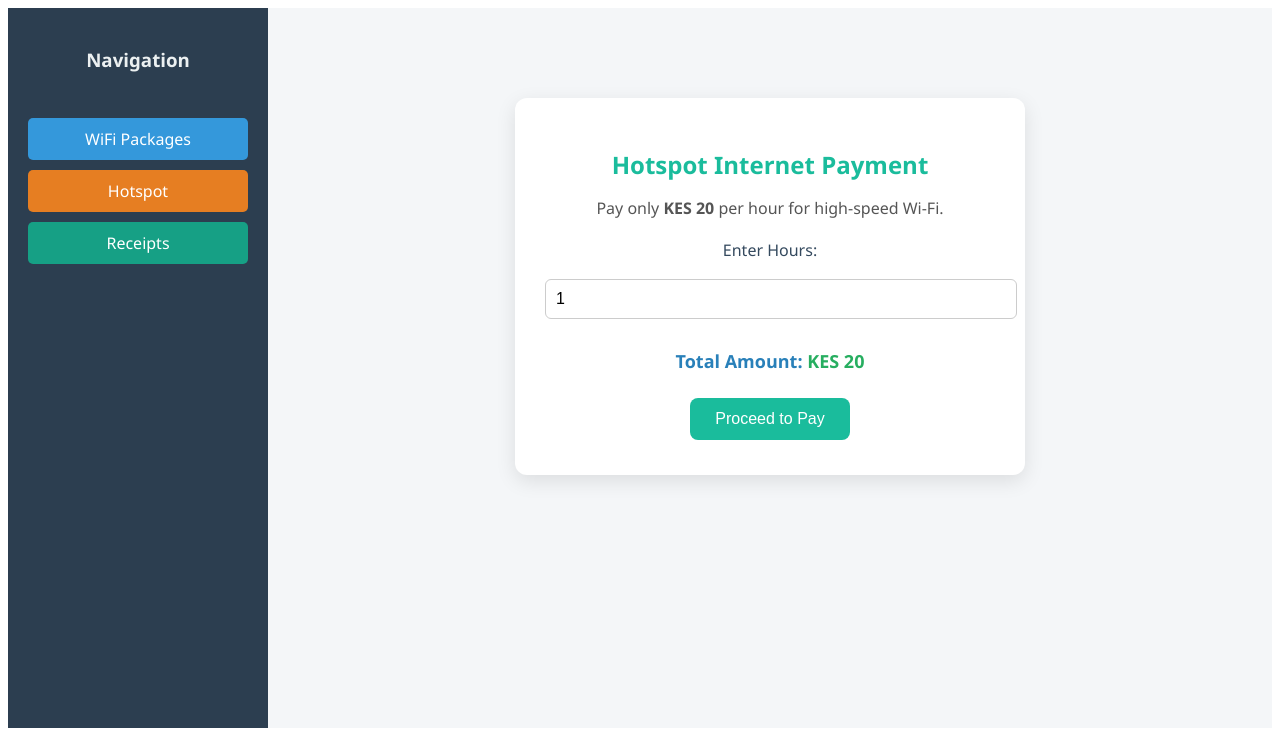
Repository: rachel648/system_Bill
Page: /hotspot (app in client/)
These files come from the project's save history. The page is drawn as it stood at one moment and after the next save; the edit follows.
The browser window is 1280 px wide. The pictures show the whole page.
The project was rebuilt for these pictures with package versions that can differ from the ones it lists, and the page was loaded fresh each time. Also part of the build but not shown: client/src/components/ServiceForm.js, client/src/Packages.js. Imported but missing from the stored project, and not drawn on this page: client/src/Receipts.

Above is the page before, as saved 2025-05-11 21:56:25.

### client/public/index.html
<!DOCTYPE html>
<html lang="en">
  <head>
    <meta charset="UTF-8" />
    <meta name="viewport" content="width=device-width, initial-scale=1.0"/>
    <title>Internet Billing System</title>
  </head>
  <body>
    <div id="root"></div>
    <!-- Add React scripts if not using Create React App -->
    <!-- <script src="https://unpkg.com/react@18/umd/react.development.js"></script>
    <script src="https://unpkg.com/react-dom@18/umd/react-dom.development.js"></script> -->
  </body>
</html>

### client/src/App.js
import React from 'react';
import { BrowserRouter as Router, Routes, Route, Link } from 'react-router-dom';
import ServiceForm from './components/ServiceForm';
import Packages from './Packages';
import Hotspot from './Hotspot';
import Receipts from './Receipts';
import './App.css';

const Navigation = () => (
  <div className="navigation">
    <h3>Navigation</h3>
    <ul>
      <li><Link to="/packages" className="link-wifi">WiFi Packages</Link></li>
      <li><Link to="/hotspot" className="link-hotspot">Hotspot</Link></li>
      <li><Link to="/receipts" className="link-receipts">Receipts</Link></li>
    </ul>
  </div>
);

const App = () => {
  return (
    <Router>
      <div>
        <Routes>
          <Route path="/" element={<ServiceForm />} />

          <Route
            path="/packages"
            element={
              <div className="app-container">
                <Navigation />
                <div className="main-content">
                  <Packages />
                </div>
              </div>
            }
          />

          <Route
            path="/hotspot"
            element={
              <div className="app-container">
                <Navigation />
                <div className="main-content">
                  <Hotspot />
                </div>
              </div>
            }
          />

          <Route
            path="/receipts"
            element={
              <div className="app-container">
                <Navigation />
                <div className="main-content">
                  <Receipts />
                </div>
              </div>
            }
          />
        </Routes>
      </div>
    </Router>
  );
};

export default App;

### client/src/Hotspot.js
import React, { useState } from 'react';
import './Hotspot.css';

const Hotspot = () => {
  const [hours, setHours] = useState(1);
  const [showModal, setShowModal] = useState(false);
  const ratePerHour = 20;
  const totalAmount = hours * ratePerHour;

  const handleInputChange = (e) => {
    const value = parseInt(e.target.value);
    if (!isNaN(value) && value >= 0) {
      setHours(value);
    } else {
      setHours(0);
    }
  };

  const handlePayClick = () => {
    if (hours > 0) {
      setShowModal(true);
    } else {
      alert("Please enter at least 1 hour.");
    }
  };

  const handleConfirmPayment = () => {
    setShowModal(false);
    alert(`Payment of KES ${totalAmount} for ${hours} hour(s) confirmed!`);
  };

  return (
    <div className="hotspot-container">
      <h2>Hotspot Internet Payment</h2>
      <p className="description">Pay only <strong>KES {ratePerHour}</strong> per hour for high-speed Wi-Fi.</p>

      <div className="input-group">
        <label htmlFor="hours">Enter Hours:</label>
        <input
          type="number"
          id="hours"
          value={hours}
          min="1"
          onChange={handleInputChange}
          placeholder="Number of hours"
        />
      </div>

      <div className="total-display">
        Total Amount: <span>KES {totalAmount}</span>
      </div>

      <button className="pay-btn" onClick={handlePayClick}>Proceed to Pay</button>

      {showModal && (
        <div className="modal">
          <div className="modal-content">
            <h3>Confirm Payment</h3>
            <p>You are about to pay <strong>KES {totalAmount}</strong> for <strong>{hours} hour(s)</strong> of hotspot access.</p>
            <button onClick={handleConfirmPayment}>Confirm</button>
            <button onClick={() => setShowModal(false)} style={{ backgroundColor: '#ccc', color: '#333' }}>Cancel</button>
          </div>
        </div>
      )}
    </div>
  );
};

export default Hotspot;

### client/src/App.css
/* Overall container for layout */
.app-container {
  display: flex;
  height: 100vh;
  font-family: 'Segoe UI', Tahoma, Geneva, Verdana, sans-serif;
  position: relative;
}

/* Sidebar navigation */
.navigation {
  width: 220px;
  background-color: #2c3e50;
  padding: 20px;
  display: flex;
  flex-direction: column;
  align-items: center;
  transition: transform 0.3s ease;
}

/* Hide sidebar when toggled */
.navigation.hidden {
  transform: translateX(-100%);
  position: absolute;
  left: 0;
  top: 0;
  height: 100%;
  z-index: 10;
}

/* Navigation styles */
.navigation h3 {
  color: #ecf0f1;
  margin-bottom: 20px;
}

.navigation ul {
  list-style: none;
  padding: 0;
  width: 100%;
}

.navigation li {
  margin: 10px 0;
  width: 100%;
  text-align: center;
}

/* Unique colored links */
.link-wifi {
  background-color: #3498db; /* Blue */
  color: white;
  padding: 10px;
  display: block;
  text-decoration: none;
  border-radius: 5px;
}

.link-hotspot {
  background-color: #e67e22; /* Orange */
  color: white;
  padding: 10px;
  display: block;
  text-decoration: none;
  border-radius: 5px;
}

.link-receipts {
  background-color: #16a085; /* Teal */
  color: white;
  padding: 10px;
  display: block;
  text-decoration: none;
  border-radius: 5px;
}

.link-wifi:hover,
.link-hotspot:hover,
.link-receipts:hover {
  opacity: 0.85;
}

/* Main content area */
.main-content {
  flex: 1;
  padding: 40px;
  background-color: #f4f6f8;
  overflow-y: auto;
}

/* Toggle button */
#toggleBtn {
  margin-bottom: 20px;
  padding: 10px 15px;
  background-color: #2c3e50;
  color: white;
  border: none;
  border-radius: 4px;
  cursor: pointer;
}

### client/src/Packages.css
/* Style for the cards container */
.card-container {
  display: flex;
  justify-content: space-around;
  flex-wrap: wrap;
  gap: 20px;
  padding: 20px;
}

/* Shared card styles */
.card {
  padding: 20px;
  margin: 10px;
  cursor: pointer;
  border-radius: 12px;
  text-align: center;
  width: 220px;
  color: white;
  font-weight: bold;
  box-shadow: 0 4px 10px rgba(0, 0, 0, 0.1);
  transition: transform 0.3s ease, box-shadow 0.3s ease;
}

/* Different gradient colors for each package card */
.card:nth-child(1) {
  background: linear-gradient(135deg, #6a11cb, #2575fc); /* Purple to blue */
}

.card:nth-child(2) {
  background: linear-gradient(135deg, #ff9966, #ff5e62); /* Orange to red */
}

.card:nth-child(3) {
  background: linear-gradient(135deg, #56ab2f, #a8e063); /* Green to light green */
}

.card:nth-child(4) {
  background: linear-gradient(135deg, #00c6ff, #0072ff); /* Light blue to dark blue */
}

/* Hover effect */
.card:hover {
  transform: scale(1.08);
  box-shadow: 0 10px 20px rgba(0, 0, 0, 0.2);
}

/* Modal styles */
.modal {
  position: fixed;
  top: 0;
  left: 0;
  right: 0;
  bottom: 0;
  background-color: rgba(0, 0, 0, 0.5);
  display: flex;
  justify-content: center;
  align-items: center;
}

.modal-content {
  background-color: white;
  padding: 20px;
  border-radius: 8px;
  width: 300px;
  text-align: center;
}

/* Input styles */
input {
  width: 100%;
  padding: 8px;
  margin: 10px 0;
  border: 1px solid #ccc;
  border-radius: 4px;
}

/* Button styles */
button {
  padding: 10px;
  background-color: #4CAF50;
  color: white;
  border: none;
  border-radius: 4px;
  cursor: pointer;
  margin: 5px;
}

button:hover {
  background-color: #45a049;
}

### client/src/Hotspot.css
.hotspot-container {
  background-color: #ffffff;
  padding: 30px;
  border-radius: 12px;
  box-shadow: 0 6px 20px rgba(0, 0, 0, 0.1);
  max-width: 450px;
  margin: 50px auto;
  font-family: 'Segoe UI', Tahoma, Geneva, Verdana, sans-serif;
  text-align: center;
  color: #2c3e50;
}

.hotspot-container h2 {
  color: #1abc9c;
  margin-bottom: 10px;
}

.description {
  font-size: 16px;
  margin-bottom: 20px;
  color: #555;
}

.input-group {
  margin: 20px 0;
}

.input-group label {
  display: block;
  margin-bottom: 8px;
  font-weight: 500;
  color: #34495e;
}

.input-group input {
  width: 100%;
  padding: 10px;
  font-size: 16px;
  border-radius: 6px;
  border: 1px solid #ccc;
  transition: border-color 0.3s ease;
}

.input-group input:focus {
  border-color: #1abc9c;
  outline: none;
}

.total-display {
  font-size: 18px;
  margin-top: 20px;
  font-weight: bold;
  color: #2980b9;
}

.total-display span {
  color: #27ae60;
}

.pay-btn {
  margin-top: 25px;
  padding: 12px 25px;
  background-color: #1abc9c;
  color: white;
  font-size: 16px;
  border: none;
  border-radius: 8px;
  cursor: pointer;
  transition: background 0.3s ease;
}

.pay-btn:hover {
  background-color: #16a085;
}

### client/src/Navigation.js
import React from 'react';
import { Link } from 'react-router-dom';

const Navigation = ({ isVisible }) => (
  <div className={`navigation ${!isVisible ? 'hidden' : ''}`}>
    <h3>Navigation</h3>
    <ul>
      <li><Link to="/packages" className="link-wifi">WiFi Packages</Link></li>
      <li><Link to="/hotspot" className="link-hotspot">Hotspot</Link></li>
      <li><Link to="/receipts" className="link-receipts">Receipts</Link></li>
    </ul>
  </div>
);

export default Navigation;

Loaded but not shown: client/src/index.js (common file)

After the next save:
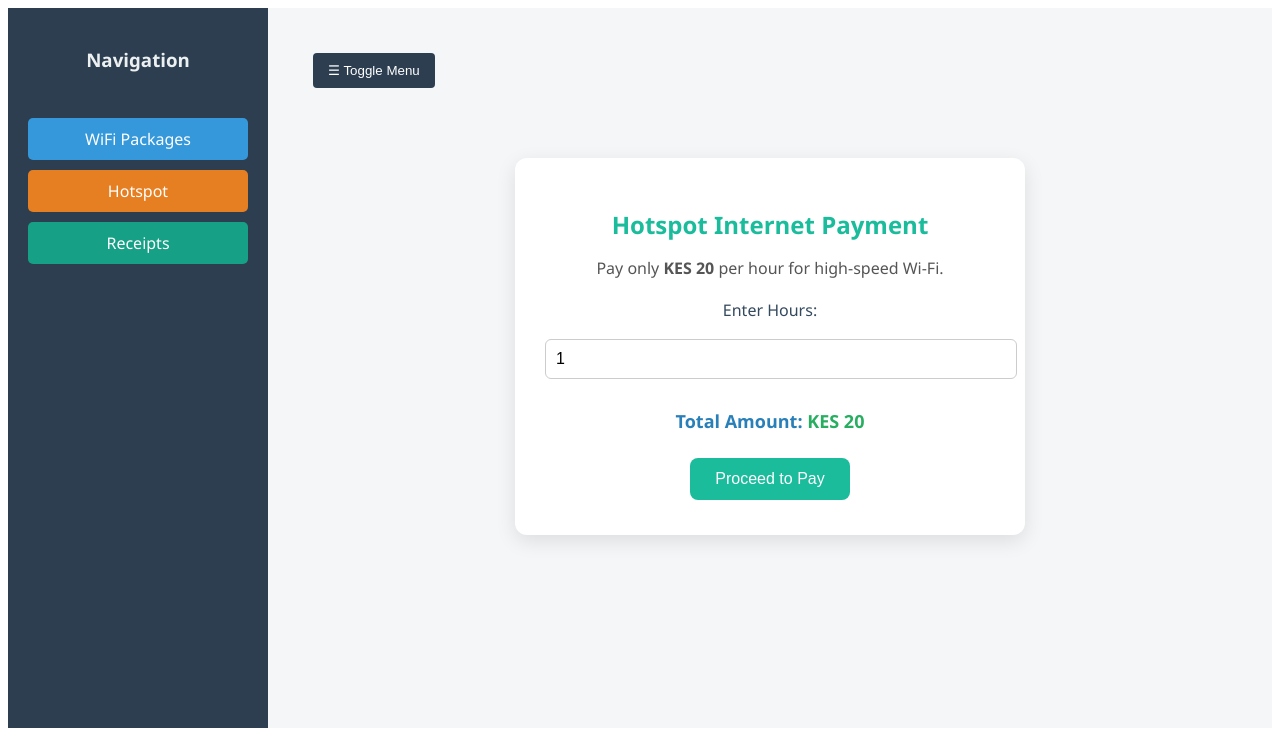
Saved 21 s later.
--- a/client/src/App.js
+++ b/client/src/App.js
@@ -1,66 +1,37 @@
-import React from 'react';
-import { BrowserRouter as Router, Routes, Route, Link } from 'react-router-dom';
+import React, { useState } from 'react';
+import { BrowserRouter as Router, Routes, Route } from 'react-router-dom';
 import ServiceForm from './components/ServiceForm';
 import Packages from './Packages';
 import Hotspot from './Hotspot';
 import Receipts from './Receipts';
+import Navigation from './Navigation';
 import './App.css';
 
-const Navigation = () => (
-  <div className="navigation">
-    <h3>Navigation</h3>
-    <ul>
-      <li><Link to="/packages" className="link-wifi">WiFi Packages</Link></li>
-      <li><Link to="/hotspot" className="link-hotspot">Hotspot</Link></li>
-      <li><Link to="/receipts" className="link-receipts">Receipts</Link></li>
-    </ul>
-  </div>
-);
+const App = () => {
+  const [isSidebarVisible, setSidebarVisible] = useState(true);
 
-const App = () => {
+  const toggleSidebar = () => {
+    setSidebarVisible(prev => !prev);
+  };
+
+  const Layout = ({ children }) => (
+    <div className="app-container">
+      <Navigation isVisible={isSidebarVisible} />
+      <div className="main-content">
+        <button id="toggleBtn" onClick={toggleSidebar}>☰ Toggle Menu</button>
+        {children}
+      </div>
+    </div>
+  );
+
   return (
     <Router>
-      <div>
-        <Routes>
-          <Route path="/" element={<ServiceForm />} />
-
-          <Route
-            path="/packages"
-            element={
-              <div className="app-container">
-                <Navigation />
-                <div className="main-content">
-                  <Packages />
-                </div>
-              </div>
-            }
-          />
-
-          <Route
-            path="/hotspot"
-            element={
-              <div className="app-container">
-                <Navigation />
-                <div className="main-content">
-                  <Hotspot />
-                </div>
-              </div>
-            }
-          />
-
-          <Route
-            path="/receipts"
-            element={
-              <div className="app-container">
-                <Navigation />
-                <div className="main-content">
-                  <Receipts />
-                </div>
-              </div>
-            }
-          />
-        </Routes>
-      </div>
+      <Routes>
+        <Route path="/" element={<ServiceForm />} />
+        <Route path="/packages" element={<Layout><Packages /></Layout>} />
+        <Route path="/hotspot" element={<Layout><Hotspot /></Layout>} />
+        <Route path="/receipts" element={<Layout><Receipts /></Layout>} />
+      </Routes>
     </Router>
   );
 };
